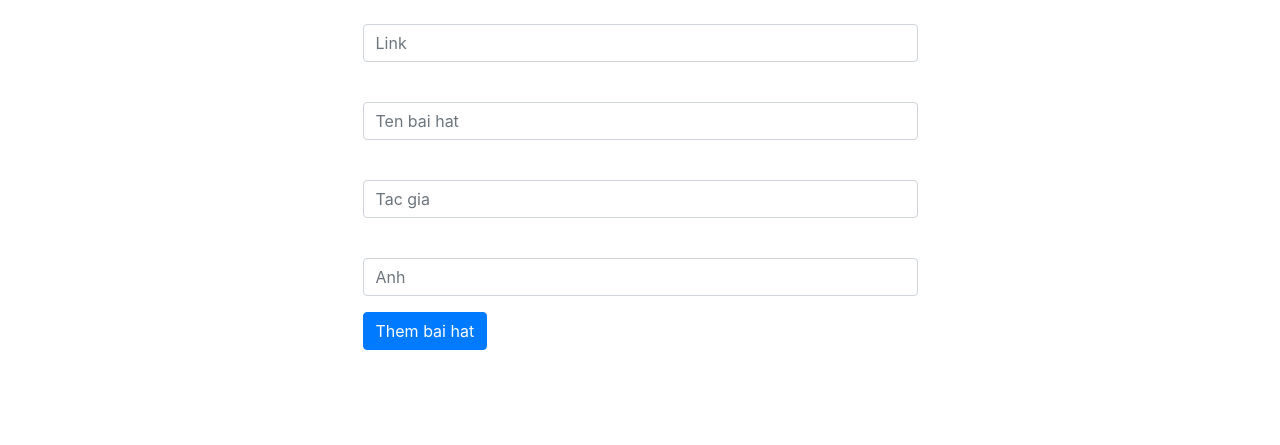
Repository: dovanthao2404/AppMusicHoHo
Page: inex.html
The author's editor kept a copy of each file at every save. The page is drawn from the files as they stood at one save, then again after the next save.
The browser window is 1280 px wide. The pictures show the whole page.

Above is the page before, as saved 2021-08-05 08:24:34.

After the next save:
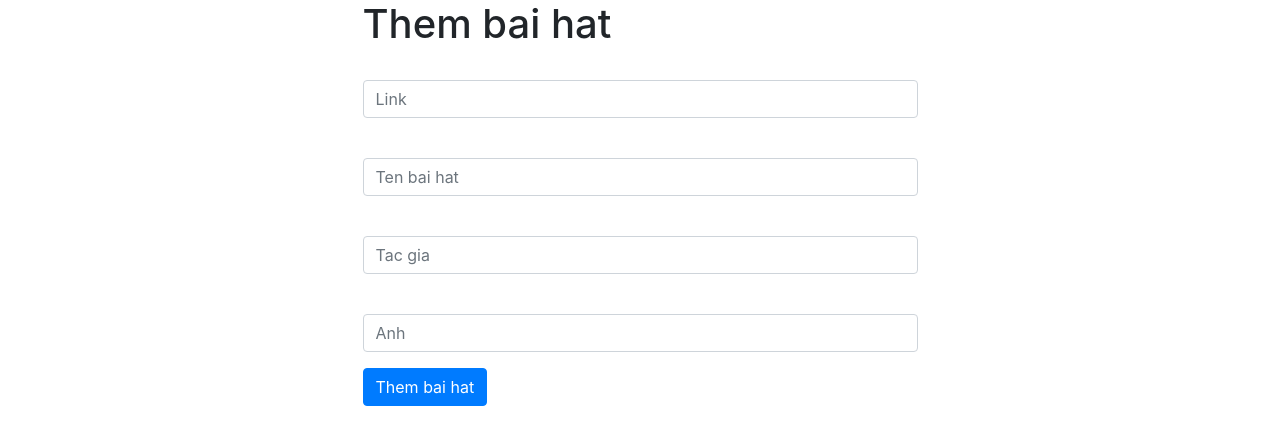
Saved 12 s later.
--- a/inex.html
+++ b/inex.html
@@ -16,6 +16,7 @@
   <div class="container">
     <div class="w-50 mx-auto">
       <form>
+        <h1>Them bai hat</h1>
         <div class="form-group">
           <label for="link"></label>
           <input class="form-control" id="link" type="text" placeholder="Link ">
